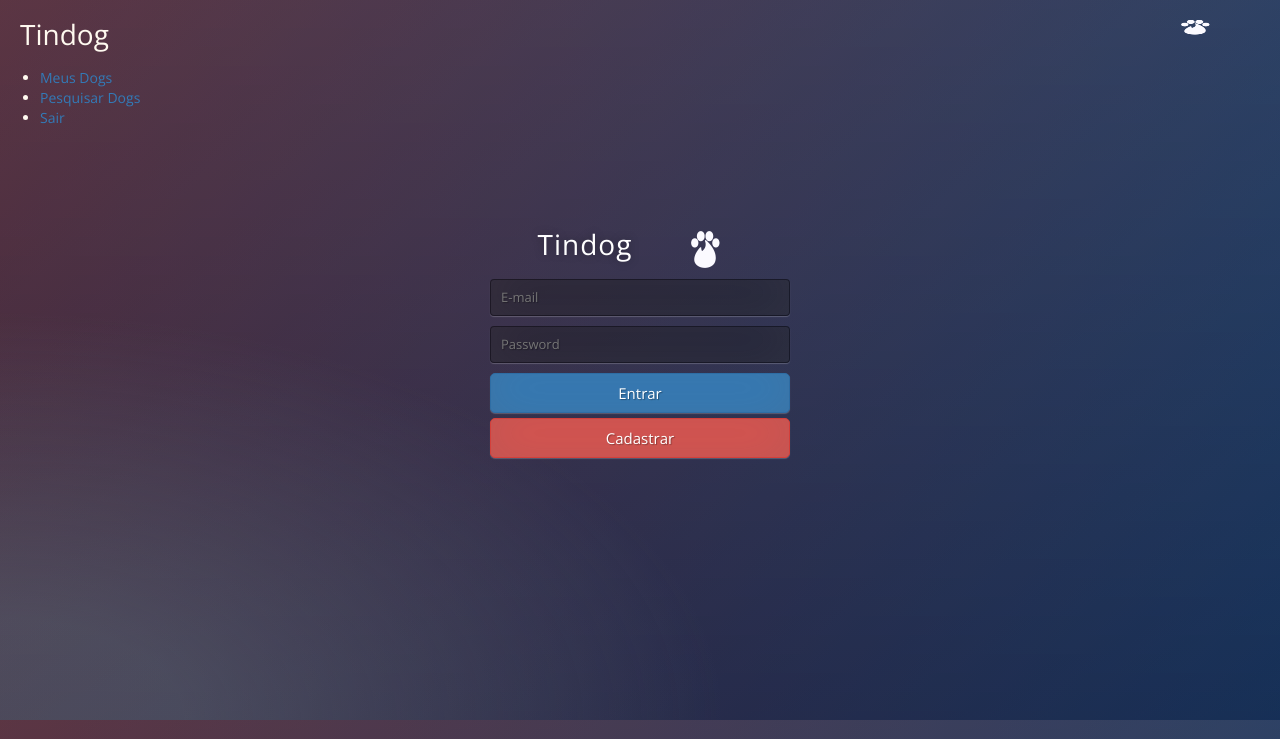
Repository: moises2112/Projetos
Page: http://localhost/Dog/LoginController.do?action=logar
An editor plug-in stored every save of this project. The page is shown before and after the next save, followed by the edit.
The browser window is 1280 px wide. The pictures show the whole page.
Some web libraries are served in a nearby version. The page is served by Tomcat 9. Other server files are loaded and not shown.

Above is the page before, as saved 2017-06-14 00:27:56.

### Dog/WebContent/login.jsp
<!DOCTYPE html>
<html>
<head>
<link rel="shortcut icon" href="imagens/favicon.ico">
<meta charset="UTF-8">
<title>Tindog</title>
<link rel="stylesheet" type="text/css" href="css\bootstrap.css">
<link rel="stylesheet" type="text/css" href="css\dog.css">

<link rel="stylesheet"
	href="https://cdnjs.cloudflare.com/ajax/libs/normalize/5.0.0/normalize.min.css">


<c:import url="/WEB-INF/paginas/template/header_pos_login.jsp" />
<style>
/* NOTE: The styles were added inline because Prefixfree needs access to your styles and they must be inlined if they are on local disk! */
@import url(https://fonts.googleapis.com/css?family=Open+Sans);


* {
	-webkit-box-sizing: border-box;
	-moz-box-sizing: border-box;
	-ms-box-sizing: border-box;
	-o-box-sizing: border-box;
	box-sizing: border-box;
}



html {
	width: 100%;
	height: 100%;
	overflow: hidden;
}

body {
	width: 100%;
	height: 100%;
	font-family: 'Open Sans', sans-serif;
	background: #092756;
	background: -moz-radial-gradient(0% 100%, ellipse cover, rgba(104, 128, 138, .4)
		10%, rgba(138, 114, 76, 0) 40%),
		-moz-linear-gradient(top, rgba(57, 173, 219, .25) 0%,
		rgba(42, 60, 87, .4) 100%),
		-moz-linear-gradient(-45deg, #670d10 0%, #092756 100%);
	background: -webkit-radial-gradient(0% 100%, ellipse cover, rgba(104, 128, 138, .4)
		10%, rgba(138, 114, 76, 0) 40%),
		-webkit-linear-gradient(top, rgba(57, 173, 219, .25) 0%,
		rgba(42, 60, 87, .4) 100%),
		-webkit-linear-gradient(-45deg, #670d10 0%, #092756 100%);
	background: -o-radial-gradient(0% 100%, ellipse cover, rgba(104, 128, 138, .4)
		10%, rgba(138, 114, 76, 0) 40%),
		-o-linear-gradient(top, rgba(57, 173, 219, .25) 0%,
		rgba(42, 60, 87, .4) 100%),
		-o-linear-gradient(-45deg, #670d10 0%, #092756 100%);
	background: -ms-radial-gradient(0% 100%, ellipse cover, rgba(104, 128, 138, .4)
		10%, rgba(138, 114, 76, 0) 40%),
		-ms-linear-gradient(top, rgba(57, 173, 219, .25) 0%,
		rgba(42, 60, 87, .4) 100%),
		-ms-linear-gradient(-45deg, #670d10 0%, #092756 100%);
	background: -webkit-radial-gradient(0% 100%, ellipse cover, rgba(104, 128, 138, .4)
		10%, rgba(138, 114, 76, 0) 40%),
		linear-gradient(to bottom, rgba(57, 173, 219, .25) 0%,
		rgba(42, 60, 87, .4) 100%),
		linear-gradient(135deg, #670d10 0%, #092756 100%);
	filter: progid:DXImageTransform.Microsoft.gradient( startColorstr='#3E1D6D',
		endColorstr='#092756', GradientType=1);
}

input {
	width: 100%;
	margin-bottom: 10px;
	background: rgba(0, 0, 0, 0.3);
	border: none;
	outline: none;
	padding: 10px;
	font-size: 13px;
	color: #fff;
	text-shadow: 1px 1px 1px rgba(0, 0, 0, 0.3);
	border: 1px solid rgba(0, 0, 0, 0.3);
	border-radius: 4px;
	box-shadow: inset 0 -5px 45px rgba(100, 100, 100, 0.2), 0 1px 1px
		rgba(255, 255, 255, 0.2);
	-webkit-transition: box-shadow .5s ease;
	-moz-transition: box-shadow .5s ease;
	-o-transition: box-shadow .5s ease;
	-ms-transition: box-shadow .5s ease;
	transition: box-shadow .5s ease;
}

input:focus {
	box-shadow: inset 0 -5px 45px rgba(100, 100, 100, 0.4), 0 1px 1px
		rgba(255, 255, 255, 0.2);
}
</style>



</head>

<body>
<div class="wrapper row1">
  <header id="header" class="hoc clear">

    <div id="logo" class="fl_left" style="margin-left: 20px">
      <img id="simbolo" src="imagens/tinder_dog_white.png" height="20" width="20">
      <h1 id='simbolo2'>Tindog</h1>
    </div>

    <nav id="mainav" class="fl_right">
      <ul class="clear">
        <li ><a href="index.html">Meus Dogs</a></li>
        <li ><a href="index.html">Pesquisar Dogs</a></li>
        <li ><a href="index.html"style=" margin-right: 15px">Sair</a></li>
      </ul>
    </nav>

  </header>
</div>
	<div class="login">
		<div>
			<img id="simbolo" src="imagens/tinder_dog_white.png" height="50"
				width="50">
			<h1>Tindog</h1>
		</div>
		<form action="LoginController.do?action=logar" method="post">
			<input type="text" name="email" placeholder="E-mail" required="required" />
			<input type="password" name="senha" placeholder="Password" required="required" />
			<input type="submit" value="Entrar"	class="btn btn-primary btn-block btn-large" />
			<input type="button" class="btn btn-danger btn-block btn-large" value="Cadastrar"
				onClick="window.location.href='./cadastrar.jsp'" />
		</form>
	</div>



</body>
</html>

### Dog/src/br/com/dog/controller/LoginController.java
package br.com.dog.controller;

import java.io.IOException;

import java.sql.SQLException;

import javax.servlet.RequestDispatcher;
import javax.servlet.ServletConfig;
import javax.servlet.ServletException;
import javax.servlet.annotation.WebServlet;
import javax.servlet.http.HttpServlet;
import javax.servlet.http.HttpServletRequest;
import javax.servlet.http.HttpServletResponse;
import javax.servlet.http.HttpSession;
import br.com.dog.controller.util.NavegacaoUtil;
import br.com.dog.model.dao.CachorroDAO;
import br.com.dog.model.dao.UsuarioDAO;
import br.com.dog.model.dao.impl.jdbc.CachorroDao;
import br.com.dog.model.dao.impl.jdbc.UsuarioDao;
import br.com.dog.model.entity.Usuario;

/**
 * Servlet implementation class LoginController
 */
@WebServlet("/LoginController.do")
public class LoginController extends HttpServlet {
	private static final long serialVersionUID = 1L;

	/**
	 * Default constructor.
	 */

	/**
	 * @see HttpServlet#doGet(HttpServletRequest request, HttpServletResponse
	 *      response)
	 */
	protected void doGet(HttpServletRequest request, HttpServletResponse response)
			throws ServletException, IOException {

		RequestDispatcher view = request.getRequestDispatcher(NavegacaoUtil.LOGIN);
		view.forward(request, response);
	}

	/**
	 * @see HttpServlet#doPost(HttpServletRequest request, HttpServletResponse
	 *      response)
	 */
	protected void doPost(HttpServletRequest request, HttpServletResponse response)
			throws ServletException, IOException {
		String action = request.getParameter("action");
		RequestDispatcher view = null;
		if (action.equalsIgnoreCase("logar")) {
			UsuarioDAO userDAO = new UsuarioDao();

			String senhaDaTela = request.getParameter("senha");
			String emailDaTela = request.getParameter("email");

			Usuario usuario = null;

			try {
				// erro esta na linha abaixo
				usuario = userDAO.buscarLoginSenha(senhaDaTela, emailDaTela);

			} catch (SQLException e) {
				// TODO Auto-generated catch block
				e.printStackTrace();
			}

			if (usuario != null) {
				view = request.getRequestDispatcher(NavegacaoUtil.HOME);

				request.setAttribute("usuarioLogado", usuario);

				CachorroDAO dogDAO = new CachorroDao();
				try {
					request.setAttribute("myDogs", dogDAO.buscaPorUsuario(usuario));
				} catch (SQLException e) {
					// TODO Auto-generated catch block
					e.printStackTrace();
				}
				// HttpSession session = request.getSession();
				// session.setAttribute("usuario", usuario);
			} else {
				view = request.getRequestDispatcher(NavegacaoUtil.LOGIN);
				request.setAttribute("erroAoLogar", "Usuario ou senha inválido");
			}
		} else if (action.equalsIgnoreCase("logout")) {
			view = request.getRequestDispatcher(NavegacaoUtil.LOGIN);
			request.removeAttribute("usuarioLogado");
		}
		view.forward(request, response);
	}
}

### Dog/WebContent/css/dog.css
#centro {
	text-align: center
}

#simbolo {
	float: right;
	padding-right: 60px;
	border-right-width: 0px;
	margin-right: 0px;
	width: 110px;
}


.login {
	position: absolute;
	top: 50%;
	left: 50%;
	margin: -150px 0 0 -150px;
	width: 300px;
	height: 300px;
}

.login h1 {
	color: #fff;
	text-shadow: 0 0 10px rgba(0, 0, 0, 0.3);
	letter-spacing: 1px;
	text-align: center;
}

.btn-large {
	padding: 9px 14px;
	font-size: 15px;
	line-height: normal;
	-webkit-border-radius: 5px;
	-moz-border-radius: 5px;
	border-radius: 5px;
}

#logout {
	margin-right: 0px;
	margin-left: 1000px;
}

td {
	text-align: center;
}

.btn-editar {
	color: #ffffff;
	background-color: #2E8B57;
	border-color: #2E8B57;
}

.btn-remover {
	color: #ffffff;
	background-color: #DC143C;
	border-color: #DC143C;
}

.btn-inserir {
	color: #ffffff;
	background-color: #4169E1;
	border-color: #4169E1;
	margin: 15px 15px 15px 15px;
}

.primeiraLinha {
	color: #e87dc0;
	font-weight: bold;
}

#cadastrar {
	margin-right: 0px;
	margin-left: 345px;
}

#voltar {
	margin-left: 15px;
}

#tabeladogs {
	margin-left: 20px;
}

.colunas {
	padding-left: 6px;
	padding-bottom: 7px;
}

.formscadastro {
	display: none;
	margin: 15px 15px 15px 15px;
}

.formsedicao {
	display: none;
	margin: 15px 15px 15px 15px;
}

body {
	width: 100%;
	height: 800px;
	font-family: 'Open Sans', sans-serif;
	background: #092756;
	background: -moz-radial-gradient(0% 100%, ellipse cover, rgba(104, 128, 138, .4)
		10%, rgba(138, 114, 76, 0) 40%),
		-moz-linear-gradient(top, rgba(57, 173, 219, .25) 0%,
		rgba(42, 60, 87, .4) 100%),
		-moz-linear-gradient(-45deg, #670d10 0%, #092756 100%);
	background: -webkit-radial-gradient(0% 100%, ellipse cover, rgba(104, 128, 138, .4)
		10%, rgba(138, 114, 76, 0) 40%),
		-webkit-linear-gradient(top, rgba(57, 173, 219, .25) 0%,
		rgba(42, 60, 87, .4) 100%),
		-webkit-linear-gradient(-45deg, #670d10 0%, #092756 100%);
	background: -o-radial-gradient(0% 100%, ellipse cover, rgba(104, 128, 138, .4)
		10%, rgba(138, 114, 76, 0) 40%),
		-o-linear-gradient(top, rgba(57, 173, 219, .25) 0%,
		rgba(42, 60, 87, .4) 100%),
		-o-linear-gradient(-45deg, #670d10 0%, #092756 100%);
	background: -ms-radial-gradient(0% 100%, ellipse cover, rgba(104, 128, 138, .4)
		10%, rgba(138, 114, 76, 0) 40%),
		-ms-linear-gradient(top, rgba(57, 173, 219, .25) 0%,
		rgba(42, 60, 87, .4) 100%),
		-ms-linear-gradient(-45deg, #670d10 0%, #092756 100%);
	background: -webkit-radial-gradient(0% 100%, ellipse cover, rgba(104, 128, 138, .4)
		10%, rgba(138, 114, 76, 0) 40%),
		linear-gradient(to bottom, rgba(57, 173, 219, .25) 0%,
		rgba(42, 60, 87, .4) 100%),
		linear-gradient(135deg, #670d10 0%, #092756 100%);
	filter: progid:DXImageTransform.Microsoft.gradient( startColorstr='#3E1D6D',
		endColorstr='#092756', GradientType=1);
}

Loaded but not shown: Dog/WebContent/css/bootstrap.css (library)

After the next save:
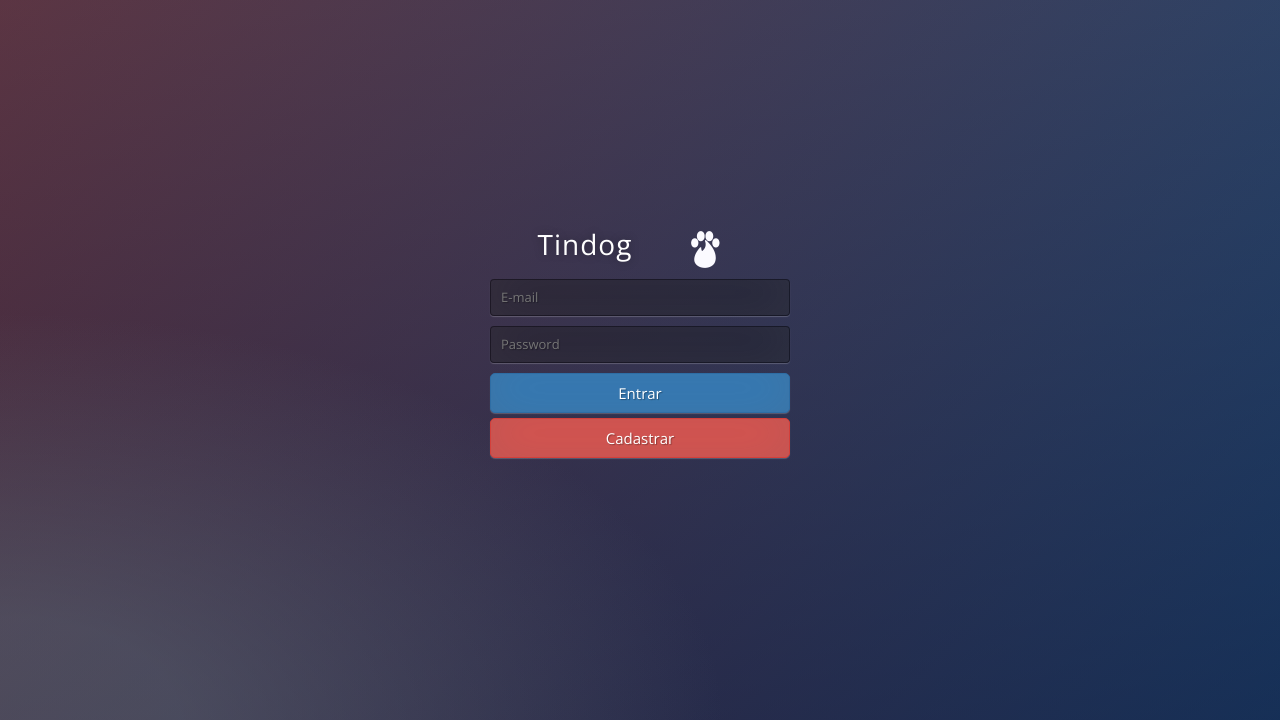
Saved 18 s later.
--- a/Dog/WebContent/login.jsp
+++ b/Dog/WebContent/login.jsp
@@ -99,24 +99,7 @@ input:focus {
 </head>
 
 <body>
-<div class="wrapper row1">
-  <header id="header" class="hoc clear">
 
-    <div id="logo" class="fl_left" style="margin-left: 20px">
-      <img id="simbolo" src="imagens/tinder_dog_white.png" height="20" width="20">
-      <h1 id='simbolo2'>Tindog</h1>
-    </div>
-
-    <nav id="mainav" class="fl_right">
-      <ul class="clear">
-        <li ><a href="index.html">Meus Dogs</a></li>
-        <li ><a href="index.html">Pesquisar Dogs</a></li>
-        <li ><a href="index.html"style=" margin-right: 15px">Sair</a></li>
-      </ul>
-    </nav>
-
-  </header>
-</div>
 	<div class="login">
 		<div>
 			<img id="simbolo" src="imagens/tinder_dog_white.png" height="50"
